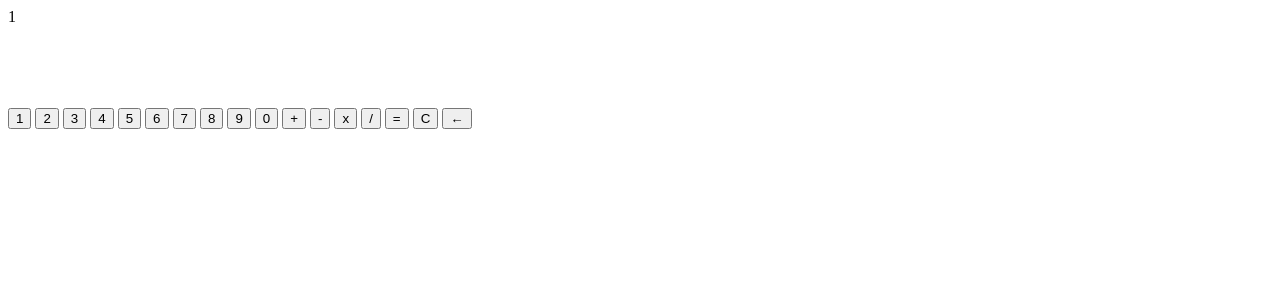
Repository: TEazy2433/LAB-calculator
Page: index.html
The author's editor kept a copy of each file at every save. The page is drawn from the files as they stood at one save, then again after the next save.
The browser window is 1280 px wide. The pictures show the whole page.

Above is the page before, as saved 2023-10-13 17:38:58.

### index.html
<!DOCTYPE html>
<html lang="en">
<head>
  <meta charset="UTF-8">
  <meta name="viewport" content="width=device-width, initial-scale=1.0">
  <title>calculator</title>
  <link rel="stylesheet" href="main.css">
</head>
<body>

  <div class="calculator">
    <div class="display">1</div>
    <div class="buttons">
      <button class="key">1</button>
      <button class="key">2</button>
      <button class="key">3</button>
      <button class="key">4</button>
      <button class="key">5</button>
      <button class="key">6</button>
      <button class="key">7</button>
      <button class="key">8</button>
      <button class="key">9</button>
      <button class="zero">0</button>
      <button class="operator">+</button>
      <button class="operator">-</button>
      <button class="operator">x</button>
      <button class="operator">/</button>
      <button class="operator">=</button>
      <button class="clear">C</button>
      <button class="Arrow">&#8592;</button>



    </div>
  </div>


</body>
</html>

### main.css
.display{
  width: 150px;
  height: 100px;
}

After the next save:
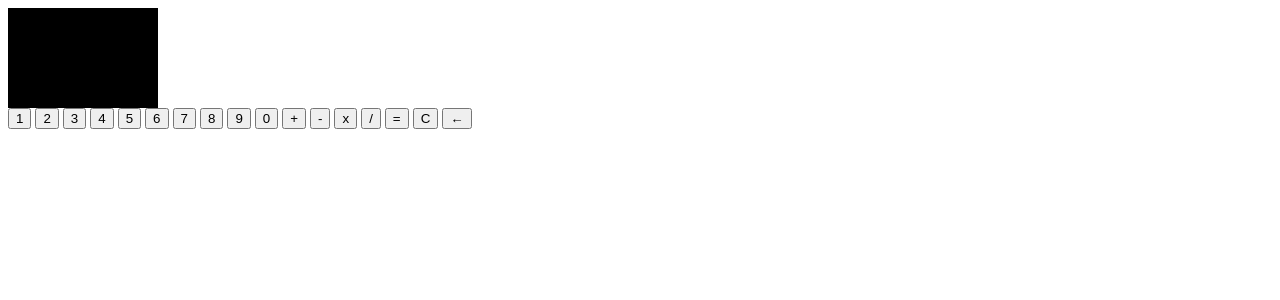
Saved 49 s later.
--- a/main.css
+++ b/main.css
@@ -1,4 +1,5 @@
 .display{
   width: 150px;
   height: 100px;
+  background: black;
 }
